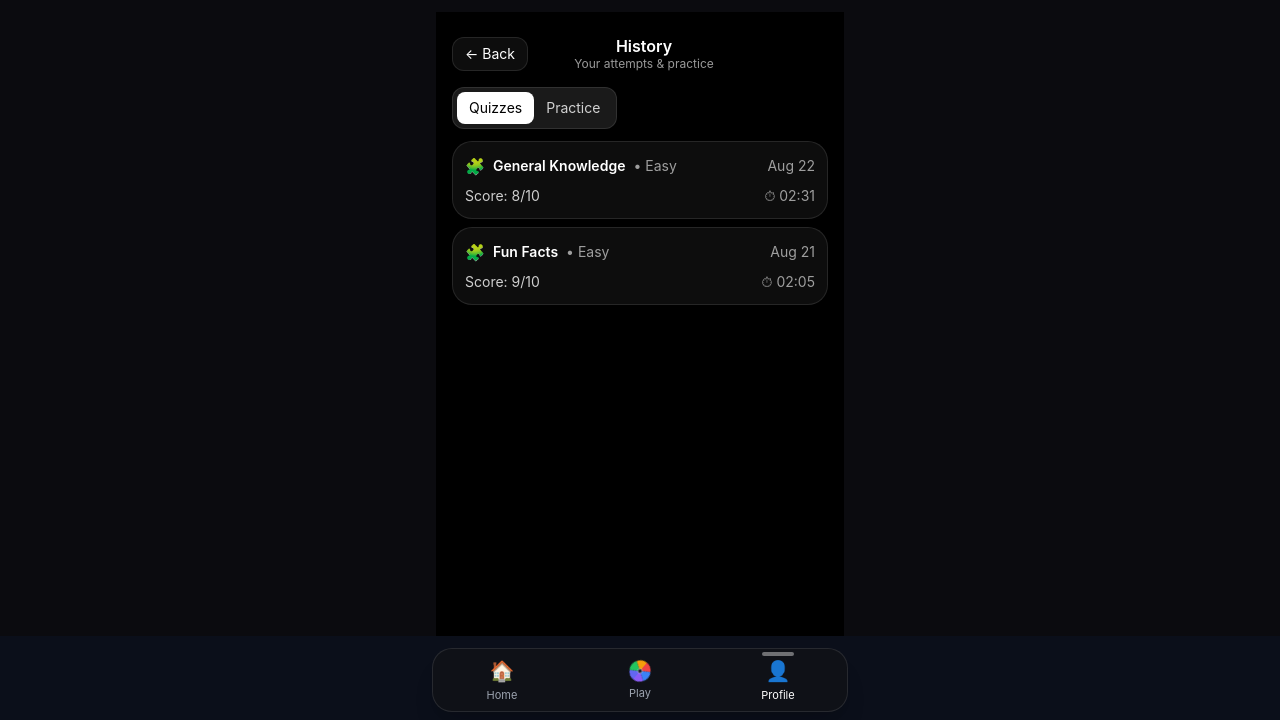
Repository: nirmaldas07/quizify-app
Page: /profile/history
The author's editor kept a copy of each file at every save. The page is drawn from the files as they stood at one save, then again after the next save.
The browser window is 1280 px wide. The pictures show the whole page.
The project was rebuilt for these pictures with package versions that can differ from the ones it lists, and the page was loaded fresh each time. Also part of the build but not shown: src/components/ConfirmStartSheet.jsx, src/components/CoinFly.jsx, src/components/Home.jsx, src/components/Play.jsx, src/components/Quiz.jsx, src/components/PartySpin.jsx, src/components/Profile/ProfileHome.jsx, src/components/Profile/Leaderboard.jsx.

Above is the page before, as saved 2025-08-25 14:33:19.

After the next save:
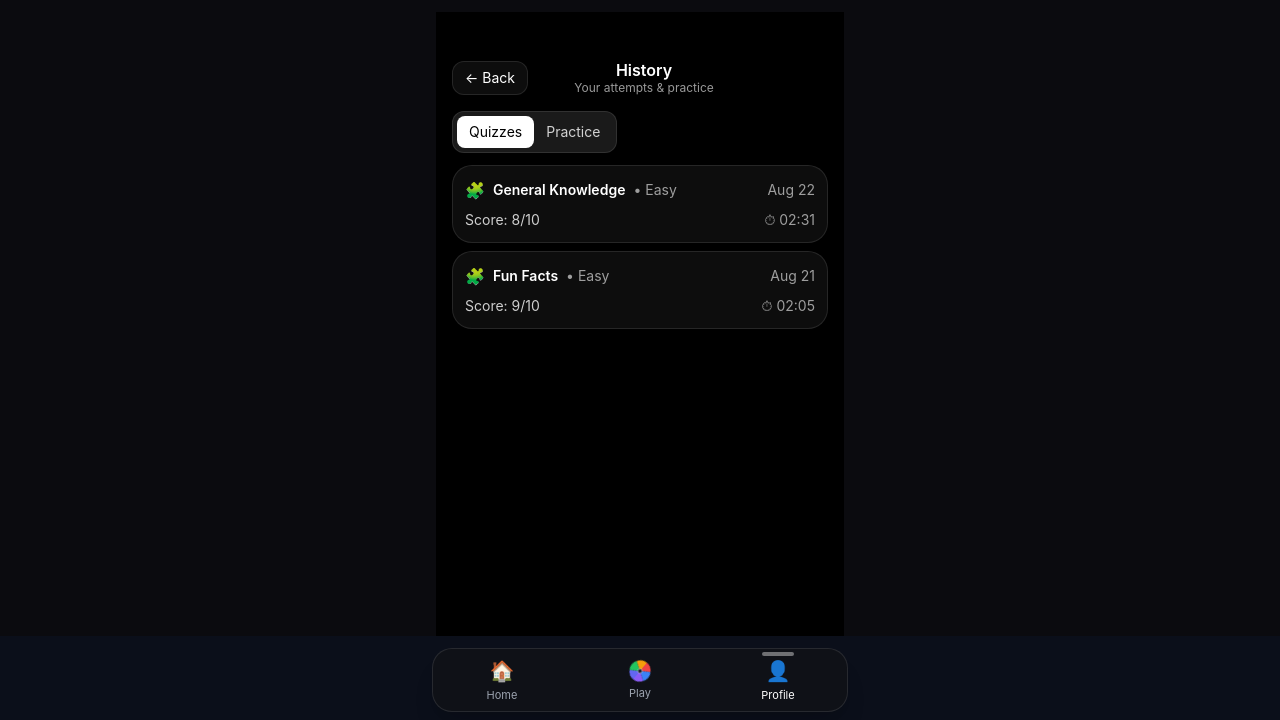
Saved 17 s later.
--- a/src/components/Profile/Screen.jsx
+++ b/src/components/Profile/Screen.jsx
@@ -4,7 +4,7 @@ import { useNavigate } from "react-router-dom";
 export default function Screen({ title, subtitle, children }) {
   const navigate = useNavigate();
   return (
-    <div className="min-h-full bg-black text-white px-4 pt-6">
+    <div className="min-h-full bg-black text-white px-4 pt-12">
       <div className="flex items-center justify-between mb-4">
         <button
           onClick={() => navigate(-1)}
